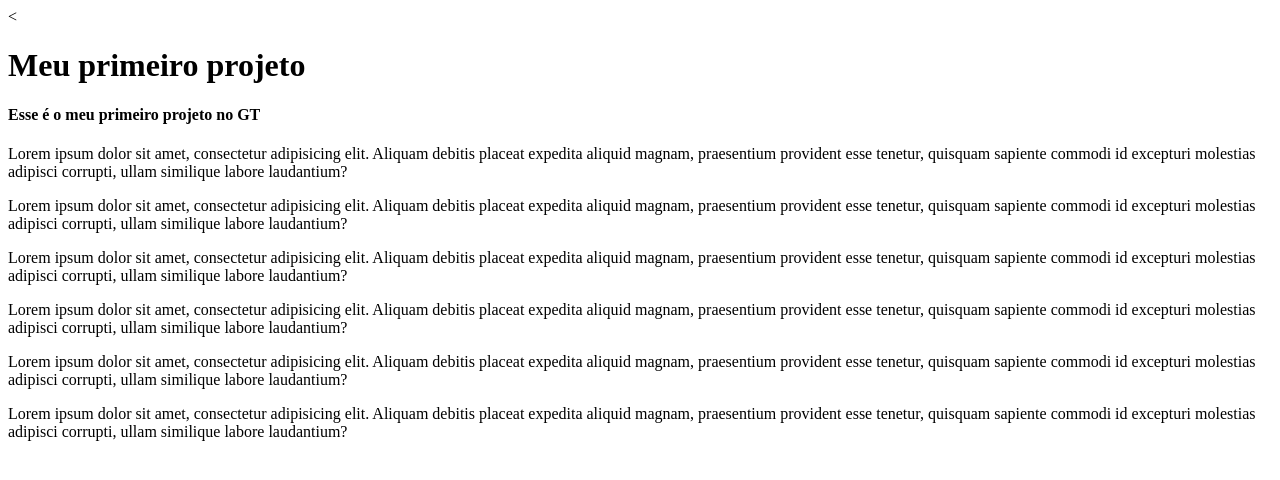
Repository: geracao-11/aula01
Page: index.html
An editor plug-in stored every save of this project. The page is shown before and after a run of saves, followed by the edit.
The browser window is 1280 px wide. The pictures show the whole page.

Above is the page before, as saved 2025-04-02 09:34:27.

### index.html
<!DOCTYPE html>
<html lang="pt-br">
  <head>
    <meta charset="UTF-8" />
    <meta name="viewport" content="width=device-width, initial-scale=1.0" />
    <title>Teste</title>
    <
  </head>
  <body>
    <header>
      <h1>Meu primeiro projeto</h1>
      <h4>Esse é o meu primeiro projeto no GT</h4>
    </header>
    <main>
      <div id="1">
        <p>
          Lorem ipsum dolor sit amet, consectetur adipisicing elit. Aliquam
          debitis placeat expedita aliquid magnam, praesentium provident esse
          tenetur, quisquam sapiente commodi id excepturi molestias adipisci
          corrupti, ullam similique labore laudantium?
        </p>
        <p>
          Lorem ipsum dolor sit amet, consectetur adipisicing elit. Aliquam
          debitis placeat expedita aliquid magnam, praesentium provident esse
          tenetur, quisquam sapiente commodi id excepturi molestias adipisci
          corrupti, ullam similique labore laudantium?
        </p>
        <p>
          Lorem ipsum dolor sit amet, consectetur adipisicing elit. Aliquam
          debitis placeat expedita aliquid magnam, praesentium provident esse
          tenetur, quisquam sapiente commodi id excepturi molestias adipisci
          corrupti, ullam similique labore laudantium?
        </p>
      </div>
      <div id="2">
        <p>
          Lorem ipsum dolor sit amet, consectetur adipisicing elit. Aliquam
          debitis placeat expedita aliquid magnam, praesentium provident esse
          tenetur, quisquam sapiente commodi id excepturi molestias adipisci
          corrupti, ullam similique labore laudantium?
        </p>
        <p>
          Lorem ipsum dolor sit amet, consectetur adipisicing elit. Aliquam
          debitis placeat expedita aliquid magnam, praesentium provident esse
          tenetur, quisquam sapiente commodi id excepturi molestias adipisci
          corrupti, ullam similique labore laudantium?
        </p>
        <p>
          Lorem ipsum dolor sit amet, consectetur adipisicing elit. Aliquam
          debitis placeat expedita aliquid magnam, praesentium provident esse
          tenetur, quisquam sapiente commodi id excepturi molestias adipisci
          corrupti, ullam similique labore laudantium?
        </p>
      </div>
    </main>
    <footer></footer>
  </body>
</html>

After the next 2 saves:
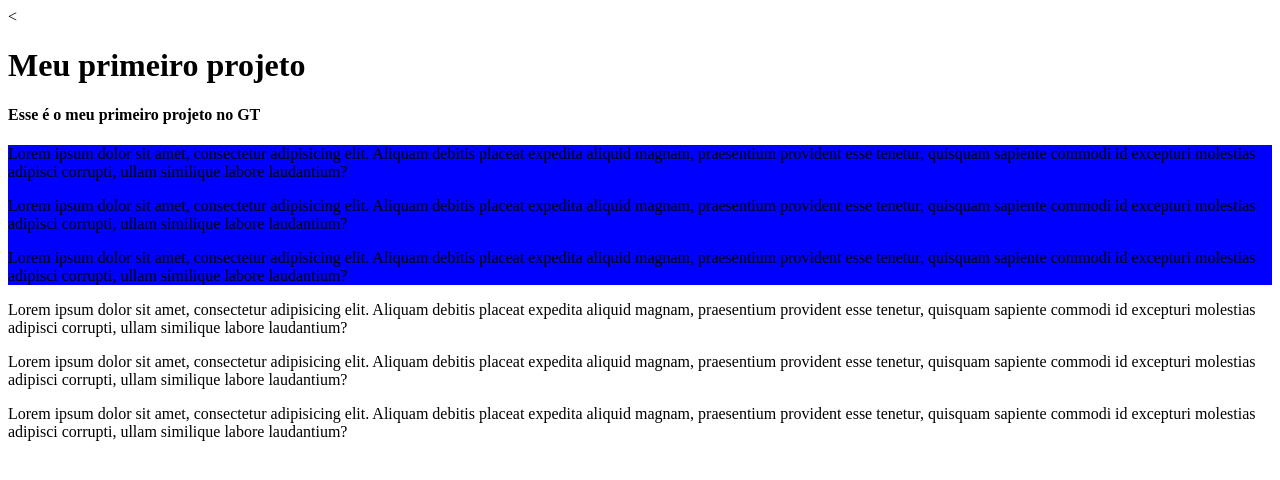
The 2 saves are shown as one change because they came seconds apart.
The last was saved 27 s later.
--- a/index.html
+++ b/index.html
@@ -12,7 +12,7 @@
       <h4>Esse é o meu primeiro projeto no GT</h4>
     </header>
     <main>
-      <div id="1">
+      <div style="background-color: blue;">
         <p>
           Lorem ipsum dolor sit amet, consectetur adipisicing elit. Aliquam
           debitis placeat expedita aliquid magnam, praesentium provident esse
